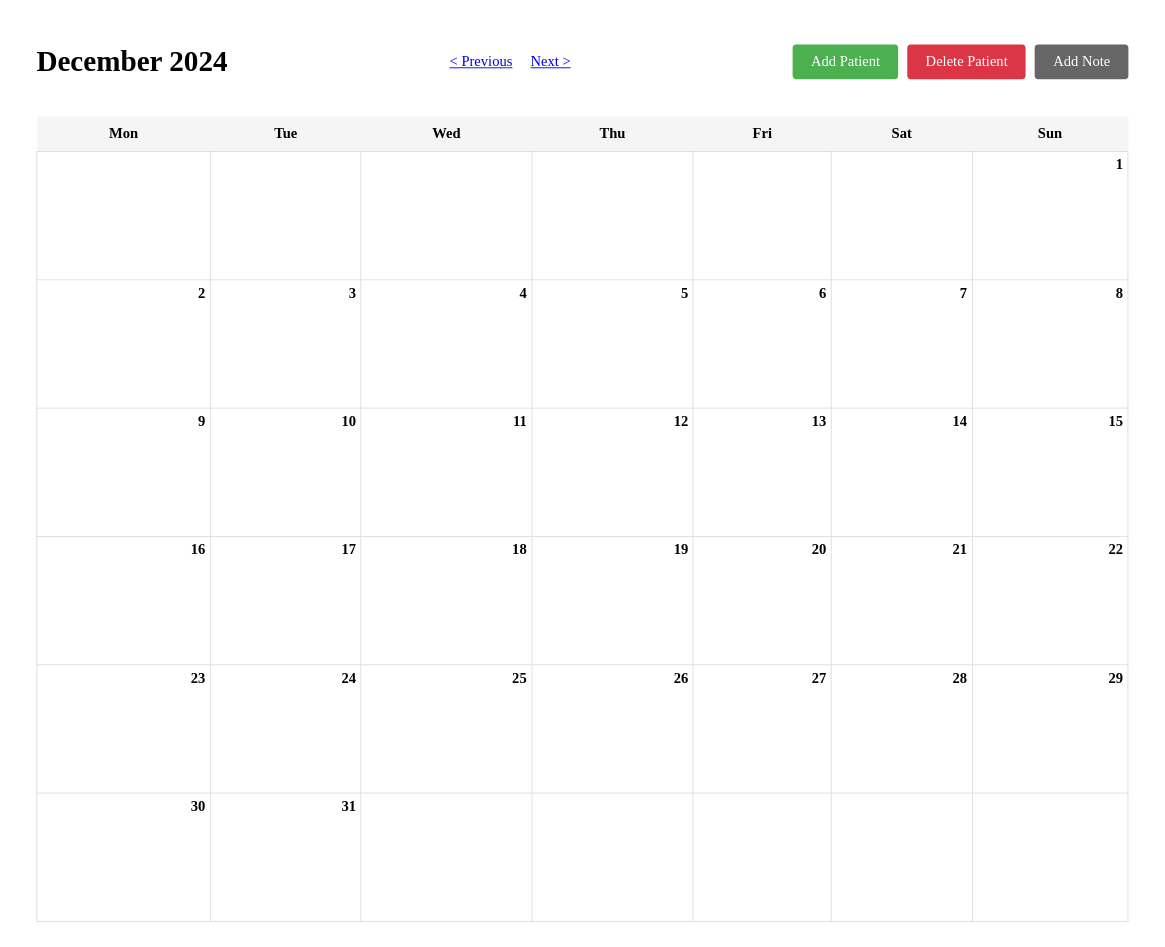
Repository: ntchan24/final_pharmacy_demo
Page: http://localhost/?month=12&year=2024
These files come from the project's save history. The page is drawn as it stood at one moment and after the next save; the edit follows.
The browser window is 1280 px wide. The pictures show the whole page, at 91% of full size.
The page is served by the project's application, run on Flask 3 (website/__init__.py). The user the application loads for id 1 is signed in. Other server files are loaded and not shown. The page reads the database file committed with the project. Queries for data that is not in the repository find no rows.

Above is the page before, as saved 2025-03-06 22:39:05.

### website/templates/calendar.html
<!-- templates/calendar.html -->
<!DOCTYPE html>
<html>
<head>
    <title>Pharmacy Calendar</title>
    <link rel="stylesheet" href="{{ url_for('static', filename='style.css') }}">
    <script src="https://code.jquery.com/jquery-3.6.0.min.js"></script>
</head>
<body>
    <div class="container">
        <div class="header">
            <h1>{{ month_name }} {{ year }}</h1>
            <div class="navigation">
                {% set prev_month = month - 1 if month > 1 else 12 %}
                {% set prev_year = year if month > 1 else year - 1 %}
                {% set next_month = month + 1 if month < 12 else 1 %}
                {% set next_year = year if month < 12 else year + 1 %}

                <a href="{{ url_for('views.index', month=prev_month, year=prev_year) }}">&lt; Previous</a>
                <a href="{{ url_for('views.index', month=next_month, year=next_year) }}">Next &gt;</a>
            </div>
            <div class="action-buttons">
                <a href="{{ url_for('views.add_patient') }}" class="button primary">Add Patient</a>
                <a href="{{ url_for('views.delete_patient') }}" class="button danger">Delete Patient</a>
                <a href="{{ url_for('views.add_note') }}" class="button info">Add Note</a>
            </div>
        </div>

        <table class="calendar">
            <tr>
                <th>Mon</th>
                <th>Tue</th>
                <th>Wed</th>
                <th>Thu</th>
                <th>Fri</th>
                <th>Sat</th>
                <th>Sun</th>
            </tr>
            {% for week in calendar %}
            <tr>
                {% for day in week %}
                <td {% if day != 0 %}class="day {% if today == date(year, month, day) %}today{% endif %}"{% endif %}>
                    {% if day != 0 %}
                        <div class="day-number">{{ day }}</div>
                        {% set current_date = date(year, month, day) %}
                        {% if current_date in prescriptions %}
                            <div class="prescriptions">
                                {% for prescription in prescriptions[current_date] %}
                                    <div class="prescription">
                                        {% set all_checked = prescription.status and
                                            prescription.status.made and
                                            prescription.status.checked and
                                            (prescription.status.filled if day_of_month >= day else True) %}

                                        <style>
                                            /* Frequency-based highlighting */
                                            .highlight-1 {
                                                background-color: #ffcc66; /* Orange-yellow for weekly */
                                            }
                                            .highlight-2 {
                                                background-color: #90ee90; /* Light green for bi-weekly */
                                            }
                                            .highlight-4 {
                                                background-color: #a7c7e7; /* Light blue for monthly */
                                            }
                                            /* Default highlight for any other frequencies */
                                            .highlight {
                                                background-color: #e0e0e0; /* Light gray as fallback */
                                            }
                                            .completed {
                                                text-decoration: line-through;
                                            }
                                        </style>

                                        <span class="highlight-{{ prescription.patient.frequency }}" >
                                            {{ prescription.patient.name }}
                                            {% if prescription.patient.notes %}
                                                <span class="patient-note"> - {{ prescription.patient.notes }} </span>

                                            {% endif %}

                                        </span>

                                        <div class="checkboxes {% if all_checked %}completed{% endif %}">

                                            <label>
                                                <input type="checkbox"
                                                        data-patient="{{ prescription.patient.id }}"
                                                        data-date="{{ current_date }}"
                                                        data-type="made"
                                                        {% if prescription.status and prescription.status.made %}checked{% endif %}>
                                                Made
                                            </label>
                                            <label>
                                                <input type="checkbox"
                                                        data-patient="{{ prescription.patient.id }}"
                                                        data-date="{{ current_date }}"
                                                        data-type="checked"
                                                        {% if prescription.status and prescription.status.checked %}checked{% endif %}>
                                                Checked
                                            </label>
                                            {% if day_of_month >= day %}
                                            <label>
                                                <input type="checkbox"
                                                        data-patient="{{ prescription.patient.id }}"
                                                        data-date="{{ current_date }}"
                                                        data-type="filled"
                                                        {% if prescription.status and prescription.status.filled %}checked{% endif %}>
                                                Filled
                                            </label>
                                            {% endif %}
                                        </div>

                                    </div>
                                {% endfor %}
                            </div>
                        {% endif %}
                    {% endif %}
                </td>
                {% endfor %}
            </tr>
            {% endfor %}
        </table>
    </div>

    <script>
        $(document).ready(function() {
            $('input[type="checkbox"]').change(function() {
                const checkbox = $(this);
                $.post('/update_status', {
                    patient_id: checkbox.data('patient'),
                    date: checkbox.data('date'),
                    status_type: checkbox.data('type'),
                    checked: checkbox.prop('checked')
                }).done(function() {
                    // Check if all checkboxes for this patient are checked
                    const prescriptionDiv = checkbox.closest('.prescription');
                    const allChecked = prescriptionDiv.find('input[type="checkbox"]:not(:checked)').length === 0;

                    if (allChecked) {
                        // Add completed class instead of inline CSS
                        prescriptionDiv.find('span').addClass('completed');
                        prescriptionDiv.find('.checkboxes').addClass('completed');
                    } else {
                        // Remove completed class
                        prescriptionDiv.find('span').removeClass('completed');
                        prescriptionDiv.find('.checkboxes').removeClass('completed');
                    }
                });
            });
        });
    </script>
</body>
</html>

### website/__init__.py
from flask import Flask
from flask_sqlalchemy import SQLAlchemy
from os import path
from flask_login import LoginManager

db = SQLAlchemy()
DB_NAME = "pharmacy.db"

def create_app():
    app = Flask(__name__)
    app.config['SECRET_KEY'] = 'hjshjhdjah kjshkjdhjs'  # Replace with a secure key in production
    app.config['SQLALCHEMY_DATABASE_URI'] = f'sqlite:///{DB_NAME}'
    db.init_app(app)

    from .views import views
    from .auth import auth

    app.register_blueprint(views, url_prefix='/')
    app.register_blueprint(auth, url_prefix='/')

    from .models import User, Patient, CheckStatus

    create_database(app)

    login_manager = LoginManager()
    login_manager.login_view = 'auth.login'  # Where to redirect if not logged in
    login_manager.init_app(app)

    @login_manager.user_loader
    def load_user(id):
        return User.query.get(int(id))

    return app

def create_database(app):
    if not path.exists('website/' + DB_NAME):
        with app.app_context():
            db.create_all()
        print('Created Database!')

### website/views.py
from flask import Blueprint, render_template, request, redirect, url_for
from datetime import datetime, date
import calendar
from .models import Patient, CheckStatus
from . import db
from flask_login import login_required, current_user

views = Blueprint('views', __name__)

@views.route('/')
@login_required
def index():
    today = datetime.now()
    year = request.args.get('year', today.year, type=int)
    month = request.args.get('month', today.month, type=int)

    cal = calendar.monthcalendar(year, month)
    month_name = calendar.month_name[month]

    patients = Patient.query.all()
    prescriptions = {}

    for week in cal:
        for day in week:
            if day != 0:
                current_date = date(year, month, day)
                prescriptions[current_date] = []

                for patient in patients:
                    start_date = patient.start_date.date()

                    # Calculate if patient needs prescription on this date
                    if current_date >= start_date and (current_date - start_date).days % (patient.frequency * 7) == 0:
                        # This is a prescription date
                        check_status = CheckStatus.query.filter_by(
                            patient_id=patient.id,
                            date=current_date
                        ).first()

                        # Always add the prescription, regardless of checked boxes or not
                        prescriptions[current_date].append({
                            'patient': patient,
                            'status': check_status or None
                        })

    return render_template('calendar.html',
                         calendar=cal,
                         month=month,
                         year=year,
                         month_name=month_name,
                         prescriptions=prescriptions,
                         today=today.date(),
                         day_of_month=today.day,
                         date=date,
                         user=current_user
                        )

@views.route('/add_patient', methods=['GET', 'POST'])
@login_required
def add_patient():
    if request.method == 'POST':
        name = request.form['name']
        frequency = int(request.form['frequency'])
        start_date = datetime.strptime(request.form['start_date'], '%Y-%m-%d')

        patient = Patient(name=name, frequency=frequency, start_date=start_date)
        db.session.add(patient)
        db.session.commit()

        return redirect(url_for('views.index'))
    return render_template('add_patient.html', user=current_user)

@views.route('/delete_patient', methods=['GET', 'POST'])
@login_required
def delete_patient():
    if request.method == 'POST':
        patient_id = request.form.get('patient_id')
        if patient_id:
            patient = Patient.query.get(patient_id)
            if patient:
                db.session.delete(patient)
                db.session.commit()
        return redirect(url_for('views.index'))

    patients = Patient.query.all()
    return render_template('delete_patient.html', patients=patients, user=current_user)

@views.route('/update_status', methods=['POST'])
@login_required
def update_status():
    patient_id = request.form['patient_id']
    date_str = request.form['date']
    status_type = request.form['status_type']
    checked = request.form['checked'] == 'true'

    current_date = datetime.strptime(date_str, '%Y-%m-%d').date()

    status = CheckStatus.query.filter_by(patient_id=patient_id, date=current_date).first()

    if not status:
        status = CheckStatus(patient_id=patient_id, date=current_date)
        db.session.add(status)

    setattr(status, status_type, checked)
    db.session.commit()

    return 'OK'

@views.route('/add_note', methods=['GET', 'POST'])
@login_required
def add_note():
    if request.method == 'POST':
        patient_id = request.form['patient_id']
        note = request.form['note']
        patient = Patient.query.get(patient_id)
        if patient:
            patient.notes = note
            db.session.commit()
            return redirect(url_for('views.index'))
    patients = Patient.query.all()
    return render_template('add_note.html', patients=patients, user=current_user)

### website/auth.py
from flask import Blueprint, render_template, request, flash, redirect, url_for
from .models import User
from werkzeug.security import generate_password_hash, check_password_hash
from . import db
from flask_login import login_user, login_required, logout_user, current_user
import re

auth = Blueprint('auth', __name__)

# Allowed email domains
ALLOWED_DOMAINS = ['pharmacy.ca', 'gmail.com']

# Email validation function
def is_valid_email(email):
    # Basic email format check
    pattern = r'^[a-zA-Z0-9._%+-]+@[a-zA-Z0-9.-]+\.[a-zA-Z]{2,}$'
    if not re.match(pattern, email):
        return False

    # Domain check
    domain = email.split('@')[1]
    return domain in ALLOWED_DOMAINS

@auth.route('/')
def root():
    if current_user.is_authenticated:
        return redirect(url_for('views.index'))
    return redirect(url_for('auth.login'))

@auth.route('/login', methods=["GET", "POST"])
def login():
    if request.method == 'POST':
        email = request.form.get('email')
        password = request.form.get('password')

        # Query the database
        user = User.query.filter_by(email=email).first()

        if user:
            if check_password_hash(user.password, password):
                flash('Logged in successfully!', category='success')
                login_user(user, remember=True)
                return redirect(url_for('views.index'))
            else:
                flash('Incorrect password. Please try again.', category='error')
        else:
            flash('Email does not exist.', category='error')

    return render_template("login.html", user=current_user)

@auth.route('/logout')
@login_required
def logout():
    logout_user()
    return redirect(url_for('auth.login'))

@auth.route('/signup', methods=["GET", "POST"])
def signup():
    if request.method == 'POST':
        # Get info from the form
        email = request.form.get('email')
        full_name = request.form.get('fullName')
        role = request.form.get('role')
        password1 = request.form.get('password1')
        password2 = request.form.get('password2')

        # Validate data
        if not is_valid_email(email):
            flash('Invalid email domain. Please use an approved email address.', category='error')
        elif User.query.filter_by(email=email).first():
            flash('Email already exists.', category='error')
        elif len(full_name) < 2:
            flash('Full name must be at least 2 characters.', category='error')
        elif password1 != password2:
            flash("Passwords don't match.", category='error')
        elif len(password1) < 7:
            flash('Password must be at least 7 characters.', category='error')
        else:
            # Add user to database
            new_user = User(
                email=email,
                full_name=full_name,
                role=role,
                password=generate_password_hash(password1, method='pbkdf2:sha256')
            )
            db.session.add(new_user)
            db.session.commit()
            login_user(new_user, remember=True)
            flash('Account created successfully!', category='success')
            return redirect(url_for('views.index'))

    return render_template("signup.html", user=current_user)

### website/static/styles/style.css
/* static/style.css */
.container {
    max-width: 1200px;
    margin: 0 auto;
    padding: 20px;
}

.header {
    display: flex;
    justify-content: space-between;
    align-items: center;
    margin-bottom: 20px;
    flex-wrap: wrap;
    gap: 20px;
}

.navigation {
    display: flex;
    gap: 20px;
}

.action-buttons {
    display: flex;
    gap: 10px;
}

.calendar {
    width: 100%;
    border-collapse: collapse;
}

.calendar th {
    background-color: #f5f5f5;
    padding: 10px;
    text-align: center;
}

.calendar td {
    border: 1px solid #ddd;
    padding: 10px;
    height: 120px;
    vertical-align: top;
}

.day {
    position: relative;
}

.day-number {
    position: absolute;
    top: 5px;
    right: 5px;
    font-weight: bold;
}

.today {
    background-color: #f0f8ff;
}

.prescriptions {
    margin-top: 25px;
}

.prescription {
    margin-bottom: 10px;
    padding: 5px;
    background-color: #fff;
    border: 1px solid #eee;
    border-radius: 4px;
}

.checkboxes {
    display: flex;
    flex-direction: column;
    gap: 5px;
    margin-top: 5px;
}

.button {
    padding: 10px 20px;
    text-decoration: none;
    border-radius: 4px;
    border: none;
    cursor: pointer;
    display: inline-block;
    background-color: #666;
    color: white;
}

.button.primary {
    background-color: #4CAF50;
}

.button.danger {
    background-color: #dc3545;
}

.add-patient-form,
.delete-patient-form {
    max-width: 500px;
    margin: 0 auto;
}

.form-group {
    margin-bottom: 20px;
}

.form-group label {
    display: block;
    margin-bottom: 5px;
}

.form-group input,
.form-group select {
    width: 100%;
    padding: 8px;
    border: 1px solid #ddd;
    border-radius: 4px;
}

.form-actions {
    display: flex;
    gap: 10px;
    justify-content: flex-end;
}

select, textarea {
    width: 100%;
    padding: 8px;
    border: 1px solid #ddd;
    border-radius: 4px;
}

.button-group {
    display: flex;
    gap: 10px;
    margin-top: 20px;
}

.button.secondary {
    background-color: #95a5a6;
    color: white;
    text-decoration: none;
    padding: 8px 16px;
    border-radius: 4px;
    display: inline-block;
}

### instance/pharmacy.db (the tables this page reads, as SQL)
CREATE TABLE user (
	id INTEGER NOT NULL, 
	email VARCHAR(150) NOT NULL, 
	password VARCHAR(150) NOT NULL, 
	full_name VARCHAR(150) NOT NULL, 
	role VARCHAR(50) NOT NULL, 
	date_created DATETIME, 
	PRIMARY KEY (id), 
	UNIQUE (email)
);
INSERT INTO "user" VALUES
(1, 'nathancielc@gmail.com', 'pbkdf2:sha256:600000$oN7fMQ3B7XY5qCh2$f52a520bd0a2786e0c2cdc9a04b14ff6a41908007f0feaa124f4e20167e9ff4d', 'nathancielc@gmail.com', 'Pharmacist', '2025-03-07 05:44:28.595262');

After the next save:
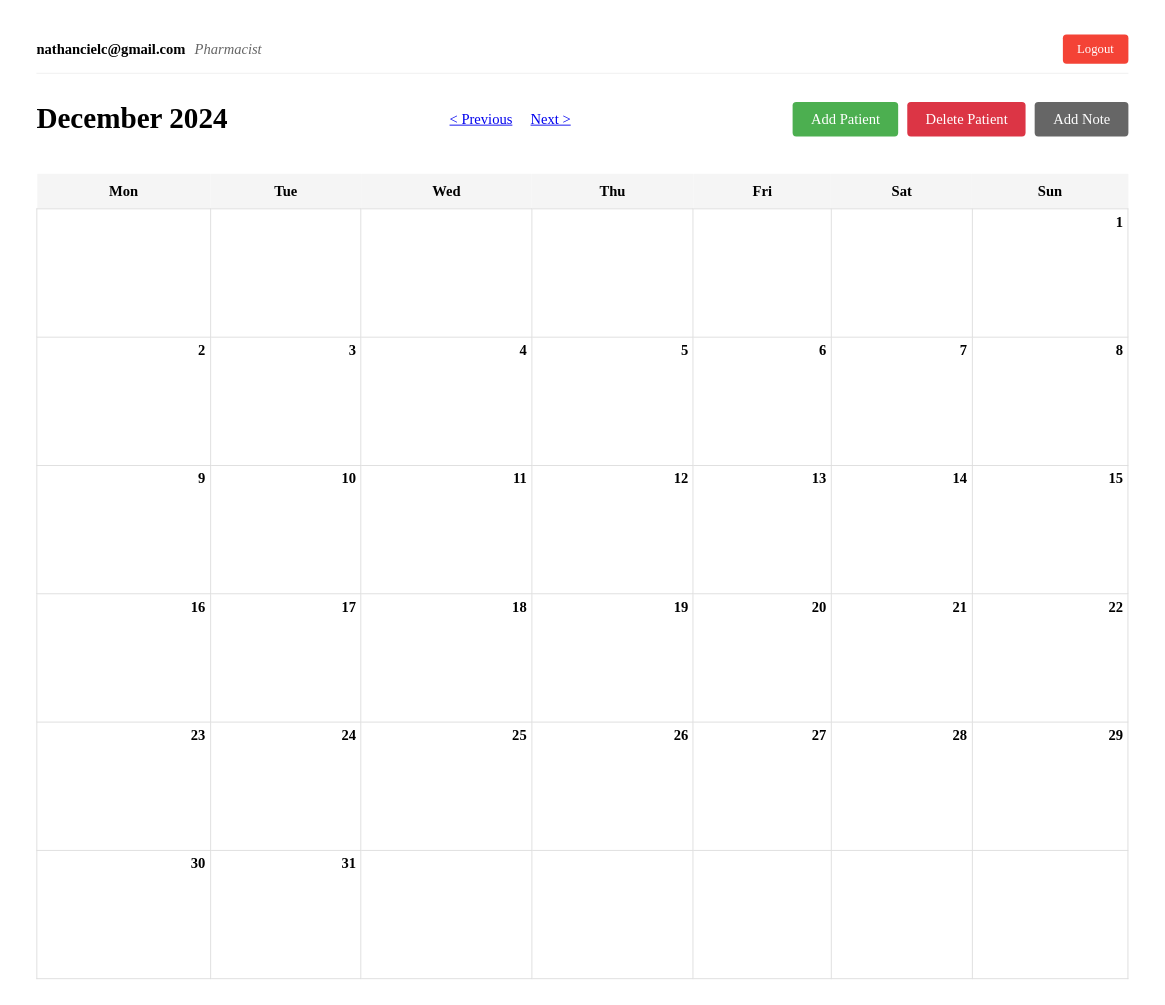
Saved 3 min 49 s later.
--- a/website/templates/calendar.html
+++ b/website/templates/calendar.html
@@ -5,9 +5,59 @@
     <title>Pharmacy Calendar</title>
     <link rel="stylesheet" href="{{ url_for('static', filename='style.css') }}">
     <script src="https://code.jquery.com/jquery-3.6.0.min.js"></script>
+    <style>
+        /* Additional styles for the user info and logout button */
+        .user-section {
+            display: flex;
+            justify-content: space-between;
+            align-items: center;
+            padding: 10px 0;
+            margin-bottom: 10px;
+            border-bottom: 1px solid #eee;
+        }
+
+        .user-info {
+            display: flex;
+            align-items: center;
+        }
+
+        .user-name {
+            font-weight: bold;
+            margin-right: 10px;
+        }
+
+        .user-role {
+            color: #666;
+            font-style: italic;
+        }
+
+        .logout-button {
+            background-color: #f44336;
+            color: white;
+            border: none;
+            padding: 8px 16px;
+            border-radius: 4px;
+            cursor: pointer;
+            text-decoration: none;
+            font-size: 14px;
+        }
+
+        .logout-button:hover {
+            background-color: #d32f2f;
+        }
+    </style>
 </head>
 <body>
     <div class="container">
+        <!-- Add user info and logout button at the top -->
+        <div class="user-section">
+            <div class="user-info">
+                <span class="user-name">{{ user.full_name }}</span>
+                <span class="user-role">{{ user.role }}</span>
+            </div>
+            <a href="{{ url_for('auth.logout') }}" class="logout-button">Logout</a>
+        </div>
+
         <div class="header">
             <h1>{{ month_name }} {{ year }}</h1>
             <div class="navigation">
